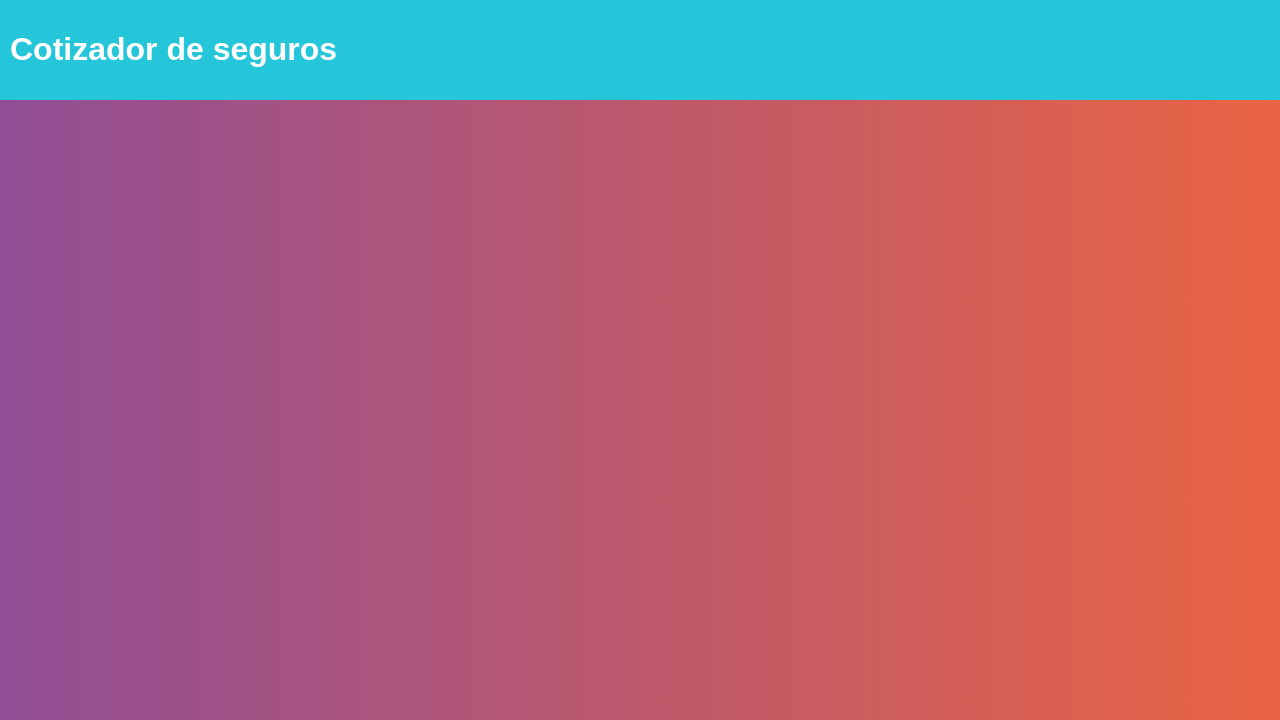
Repository: leonmezu1/cotizadorSeguroReact
Page: /
The author's editor kept a copy of each file at every save. The page is drawn from the files as they stood at one save, then again after the next save.
The browser window is 1280 px wide. The pictures show the whole page.
The project was rebuilt for these pictures with package versions that can differ from the ones it lists, and the page was loaded fresh each time.

Above is the page before, as saved 2020-10-08 09:22:26.

After the next save:
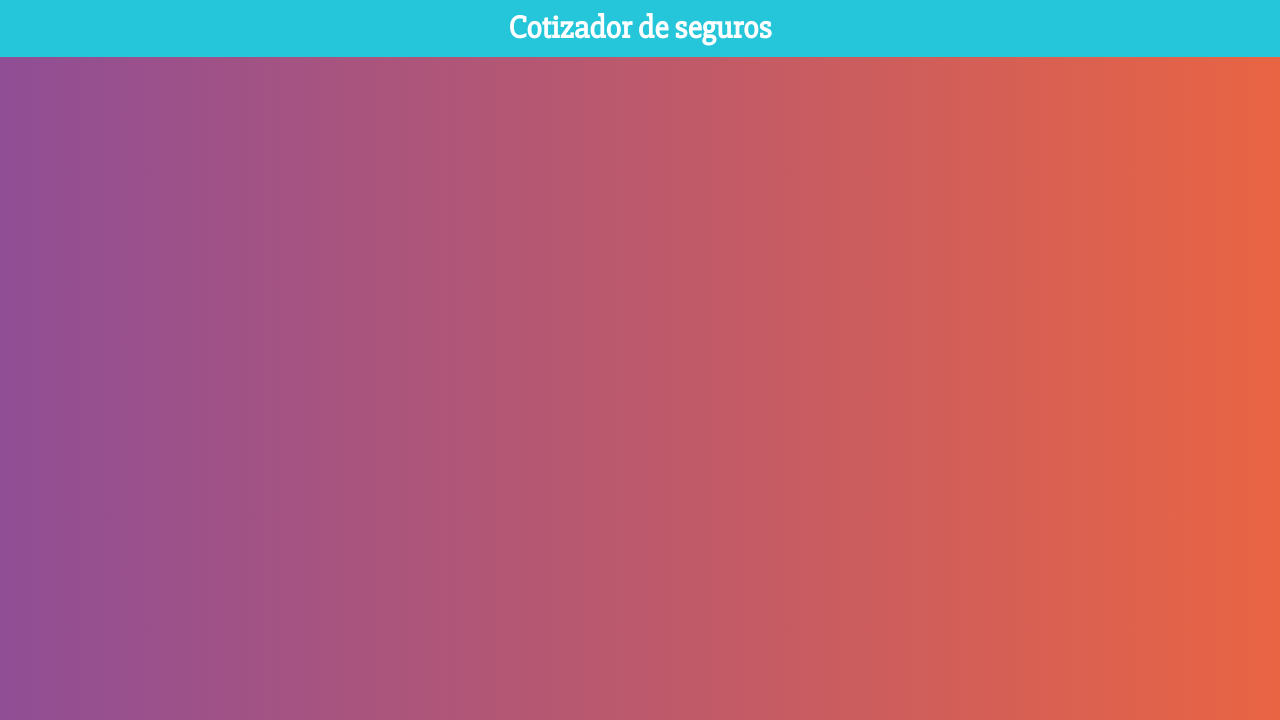
Saved 94 s later.
--- a/src/components/Header.js
+++ b/src/components/Header.js
@@ -8,9 +8,16 @@ const ContenedorHeader = styled.header`
   color: #ffffff;
 `;
 
+const TextoHeader = styled.h1`
+  font-size: 2rem;
+  margin: 0;
+  font-family: "Slabo 27px", serif;
+  text-align: center;
+`;
+
 const Header = ({ titulo }) => (
   <ContenedorHeader>
-    <h1>{titulo}</h1>
+    <TextoHeader>{titulo}</TextoHeader>
   </ContenedorHeader>
 );
 
